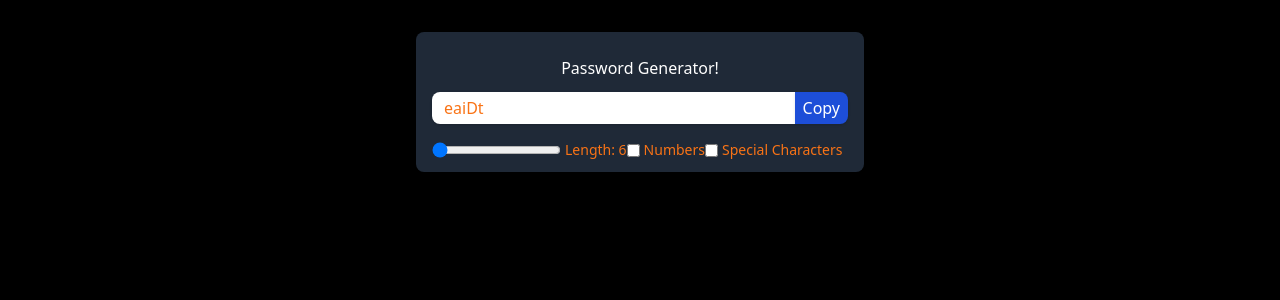
Repository: tirth2014/chai-aur-react
Page: / (app in 05_password-generator/)
The author's editor kept a copy of each file at every save. The page is drawn from the files as they stood at one save, then again after a run of saves.
The browser window is 1280 px wide. The pictures show the whole page.
The project was rebuilt for these pictures with package versions that can differ from the ones it lists, and the page was loaded fresh each time. Also part of the build but not shown: 05_password-generator/vite.config.js.

Above is the page before, as saved 2023-10-08 01:24:19.

### 05_password-generator/src/App.jsx
import { useCallback, useEffect, useState, useRef } from 'react'

function App() {

  const [password, setPassword] = useState('');
  const [length, setLength] = useState(6);
  const [numsAllowed, setNumsAllowed] = useState(false);
  const [spCharAllowed, setSpCharAllowed] = useState(false);

  const passwordRef = useRef(null)

  // useCallback is a React Hook that lets you cache a function definition between re-renders.
  // const cachedFn = useCallback(fn, dependencies)

  const passwordGenerator = useCallback(
    ()=> {
      let pass = ""
      let str = "ABCDEFGHIJKLMNOPQRSTUVWXYZabcdefghijklmnopqrstuvwxyz"
      if (numsAllowed) str += "0123456789"
      if (spCharAllowed) str += "!@#$%^&*-_+=[]{}~`"

      for (let i = 1; i <= length; i++) {
        const strIdx = Math.floor(Math.random() * str.length + 1);
        pass += str.charAt(strIdx);
      }

      setPassword(pass);

    } , [length,numsAllowed,spCharAllowed] )
    // } , [length,numsAllowed,spCharAllowed,setPassword] )
    // we should not include setPassword in the useCallback dependency array, because when this functional component re-renders,
    // the reference of the setPassword function would be different from the setPassword function on previous render.
    // So this would again create the function. This would totally defy the reason why we are using useCallback
    // as the function would again be created on every re-render.

    useEffect(()=> {
      passwordGenerator();
    }, [length, numsAllowed, spCharAllowed, passwordGenerator])

    const copyPassToClipboard = () => {
      passwordRef.current?.select();  // select the copied text. So, that user can know it's copied!
      // passwordRef.current?.setSelectionRange(0, 10);
      window.navigator.clipboard.writeText(password)
    }


  return (
      <div className="w-full max-w-md mx-auto shadow-md rounded-lg px-4 py-3 my-8 bg-gray-800 text-orange-500">
        <h1 className='text-white text-center my-3'>Password Generator!</h1>
        <div className='flex shadow rounded-lg overflow-hidden mb-4'>
          <input
            type="text"
            value={password}
            placeholder='password'
            readOnly
            ref = {passwordRef}
            className='outline-none w-full py-1 px-3'
          />
          <button className='outline-none shadow bg-blue-700 text-white px-2 py-1 shrink-0' onClick={copyPassToClipboard}>Copy</button>
        </div>

        <div className='flex text-sm '>
          <div className='flex items-center gap-x-1'>
            <input
            type="range"
            name="passLength"
            id="passLength"
            min={6}
            max={20}
            value={length}  // If value is not given then even for minLen the cursor will point at maxLen on reload
            className='cursor-pointer'
            onChange={(e) => setLength(e.currentTarget.value)}
            />
            <label htmlFor="passLength" >Length: {length}</label>
          </div>

          <div className='flex items-center gap-x-1'>
            <input
            type="checkbox"
            id='numsAllowed'
            defaultChecked={numsAllowed}
            onChange={() => setNumsAllowed((prev) => !prev)}
            />
            <label htmlFor="numsAllowed">Numbers</label>
          </div>

          <div className='flex items-center gap-x-1'>
            <input
            type="checkbox"
            id='spCharAllowed'
            onChange={() => setSpCharAllowed((prev) => !prev)}
            defaultChecked={spCharAllowed}
            />
            <label htmlFor="spCharAllowed">Special Characters</label>
          </div>

        </div>
      </div>
  )
}

export default App

Loaded but not shown: 05_password-generator/index.html (common file); 05_password-generator/src/main.jsx (common file); 05_password-generator/src/index.css (common file); 05_password-generator/tailwind.config.js (common file)

After the next 2 saves:
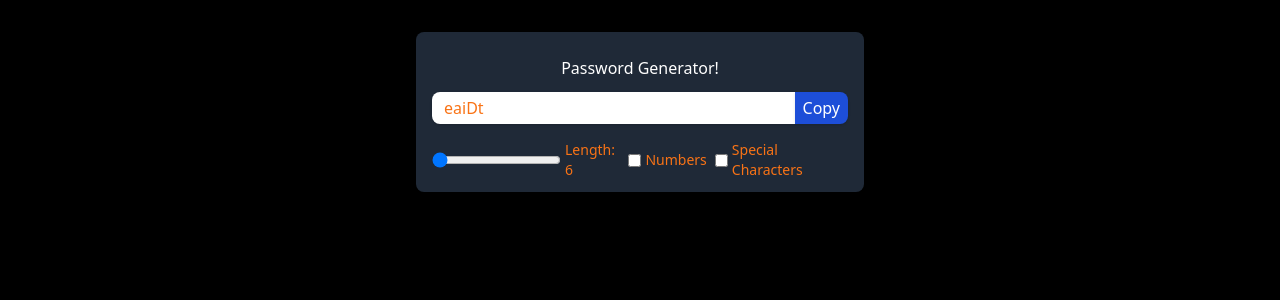
The 2 saves are shown as one change because they came seconds apart.
The last was saved 13 s later.
--- a/05_password-generator/src/App.jsx
+++ b/05_password-generator/src/App.jsx
@@ -59,7 +59,7 @@ function App() {
           <button className='outline-none shadow bg-blue-700 text-white px-2 py-1 shrink-0' onClick={copyPassToClipboard}>Copy</button>
         </div>
 
-        <div className='flex text-sm '>
+        <div className='flex text-sm gap-x-2'>
           <div className='flex items-center gap-x-1'>
             <input
             type="range"
